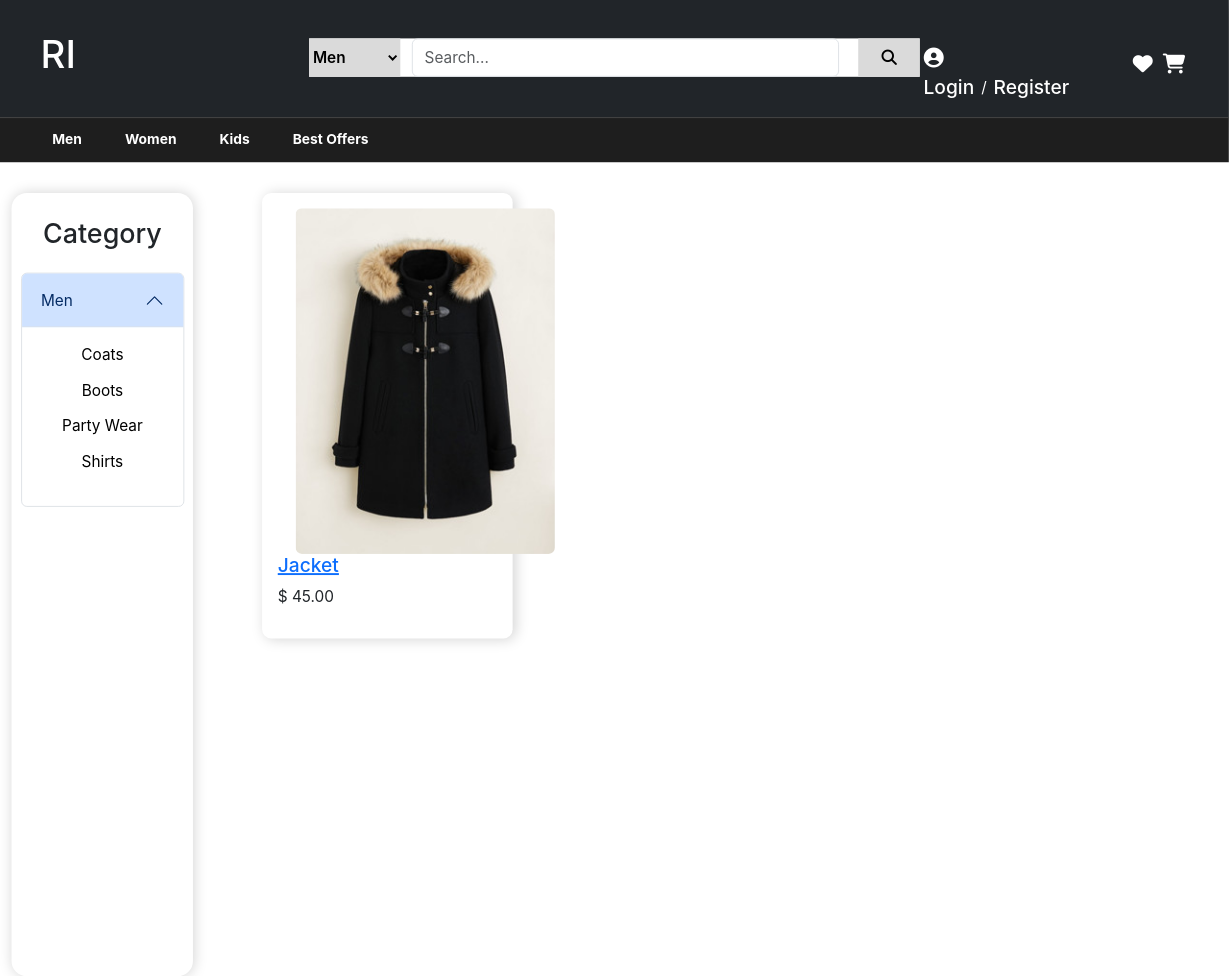
Repository: KodandaraoChellapilli/e-store
Page: /
An editor plug-in stored every save of this project. The page is shown before and after the next save, followed by the edit.
The browser window is 1280 px wide. The pictures show the whole page, at 96% of full size.
The project was rebuilt for these pictures with package versions that can differ from the ones it lists, and the page was loaded fresh each time. Also part of the build but not shown: src/App.css.

Above is the page before, as saved 2025-06-10 13:55:32.

After the next save:
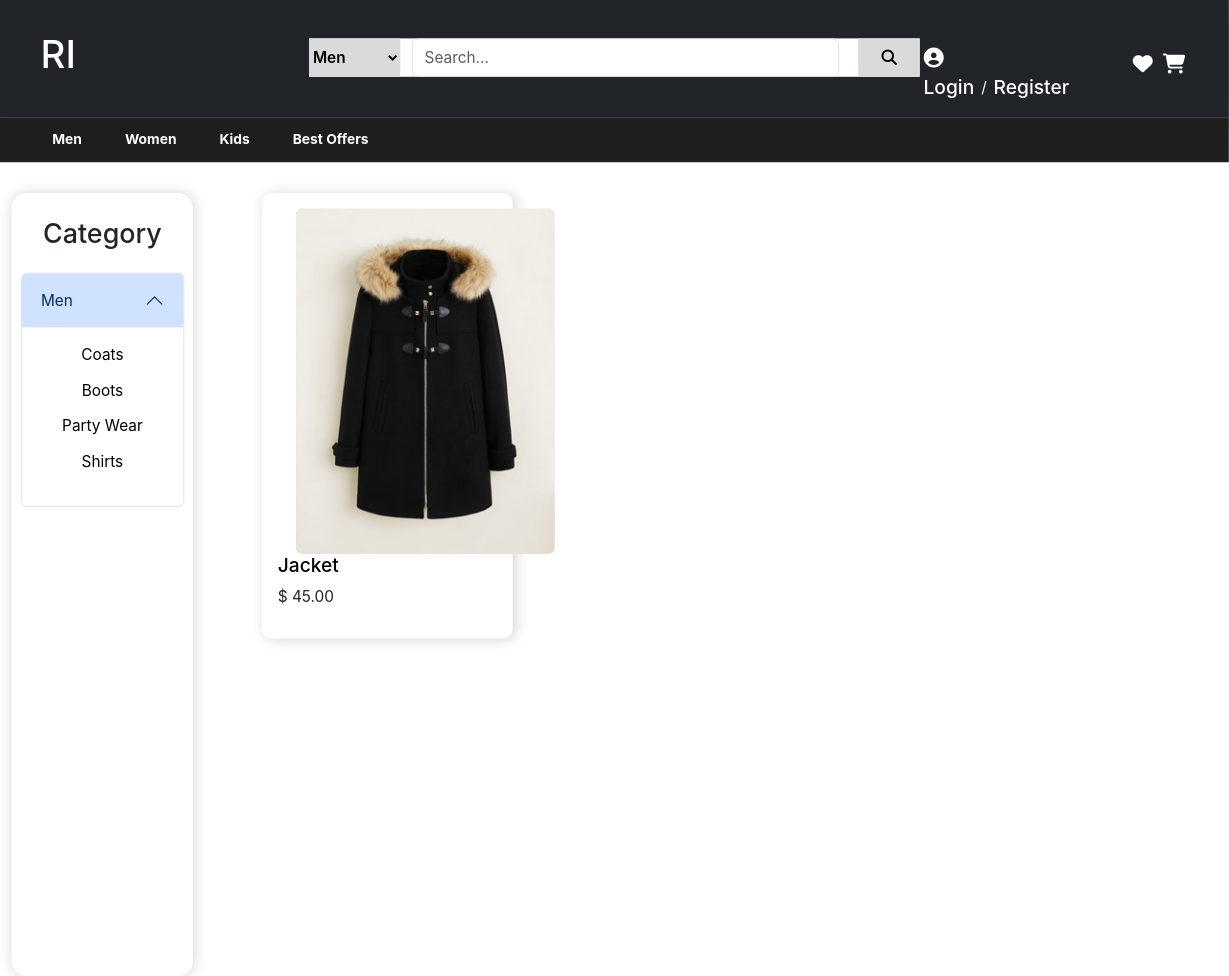
Saved 38 s later.
--- a/src/Components/Products/_products.scss
+++ b/src/Components/Products/_products.scss
@@ -1,4 +1,6 @@
 @import '../../style/sass/mixins';
+
+@include style-reset-a-li;
 
 .product-card{
     margin-top: 1em;
